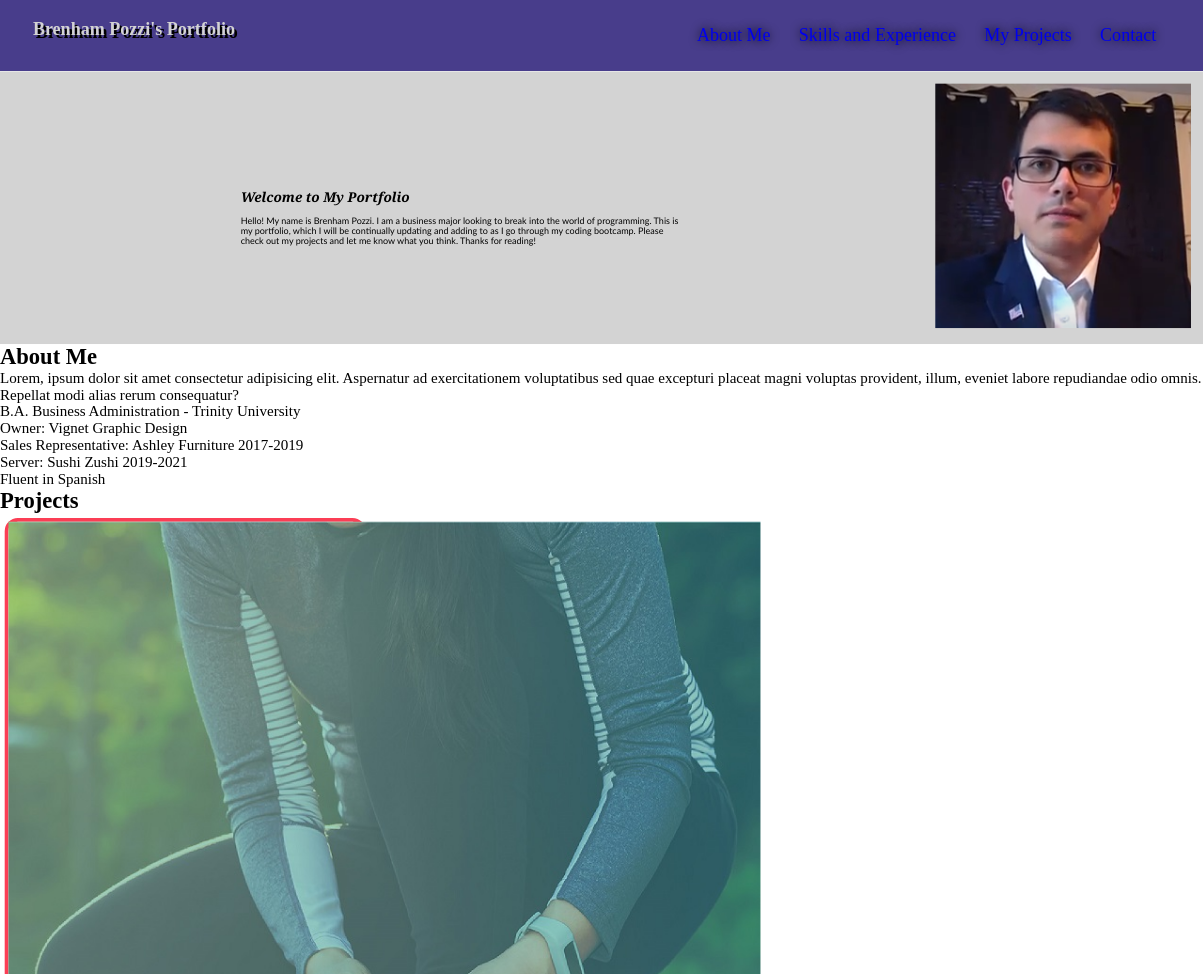
Repository: brenhamp/professional-portfolio
Page: index.html
The author's editor kept a copy of each file at every save. The page is drawn from the files as they stood at one save, then again after the next save.
The browser window is 1280 px wide. The pictures show the part of the page from y = 0 to 1036 px (the page is 2228 px tall), at 94% of full size.
A picture or video elsewhere on the page could not be fetched, so the positions and the page height are approximate.

Above is the page before, as saved 2021-11-14 20:57:46.

After the next save:
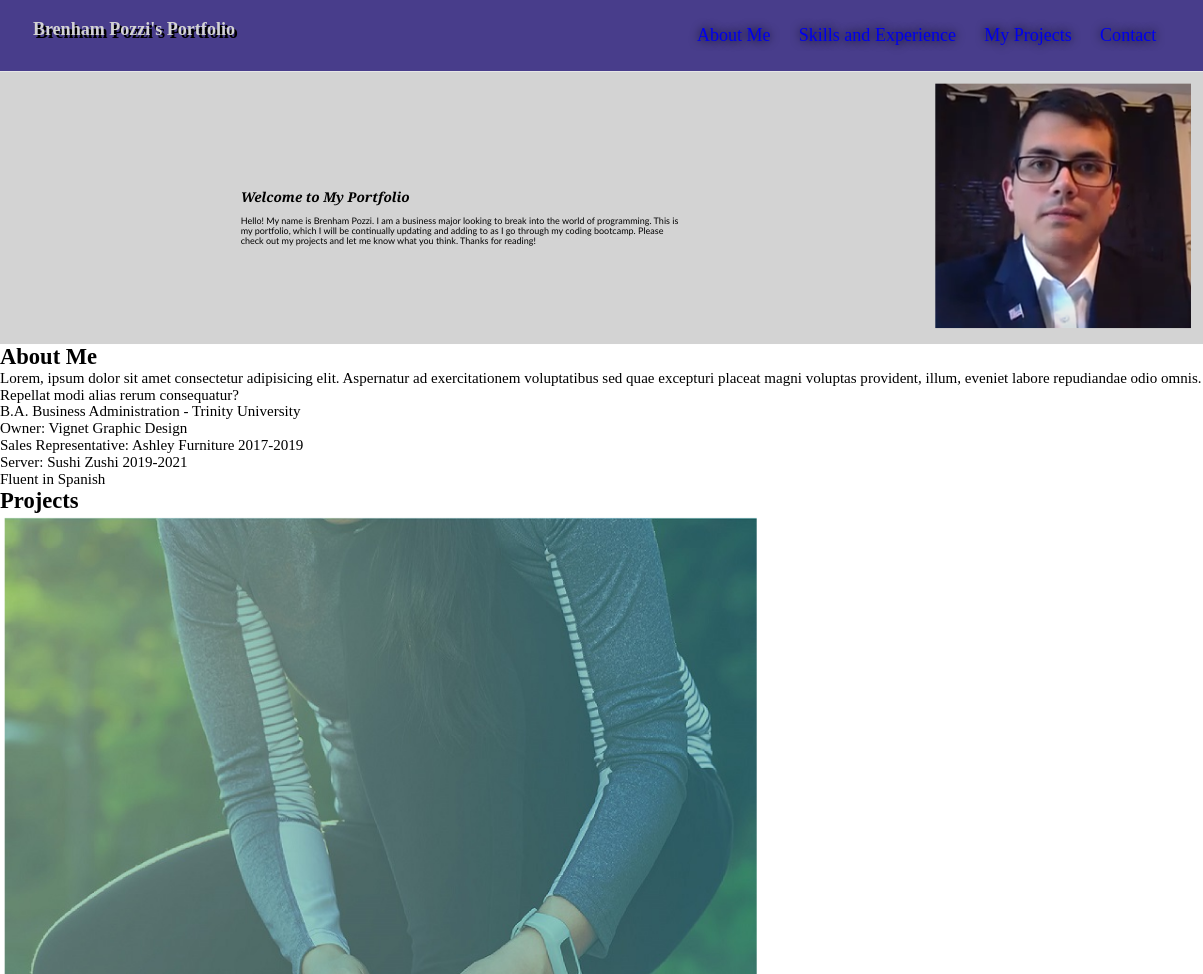
Saved 30 s later.
--- a/assets/css/styles.css
+++ b/assets/css/styles.css
@@ -22,11 +22,6 @@
 .flex-child {
     width: 30%;
     margin: 5px;
-    border-radius: 14px;
-    border: 4px solid #fb3e55;
-    background-color: #393b4f;
-    font-size: 22px;
-    font-weight: bold;
     height: 500px;
 }
 
